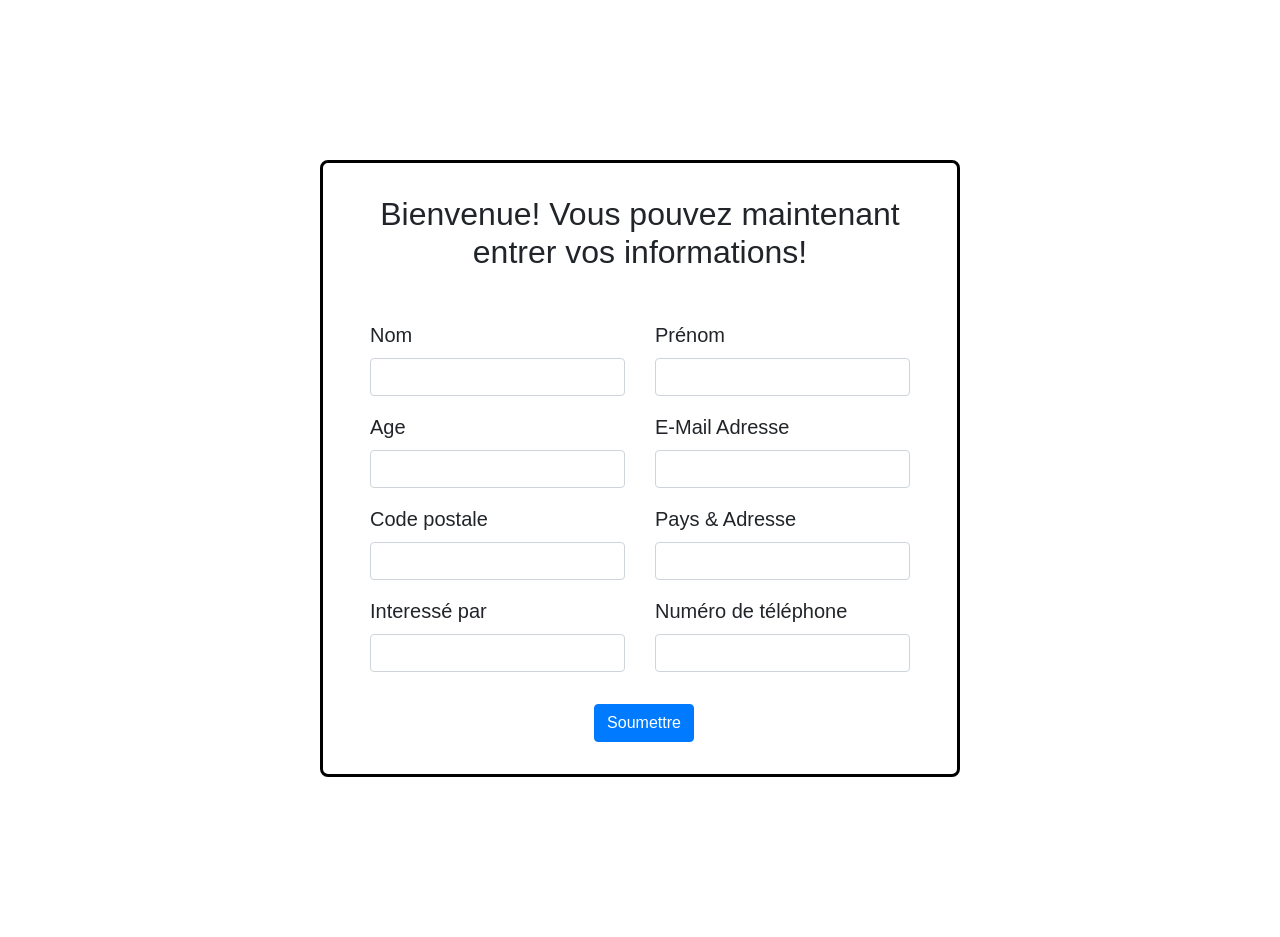
Repository: Aminox84/frontend-main
Page: /
The author's editor kept a copy of each file at every save. The page is drawn from the files as they stood at one save, then again after the next save.
The browser window is 1280 px wide. The pictures show the whole page.
The page's requests for data from a server got no answer. The project was rebuilt for these pictures with package versions that can differ from the ones it lists, and the page was loaded fresh each time. No one was signed in, and anything a server would have sent is missing.

Above is the page before, as saved 2022-12-30 14:36:30.

### public/index.html
<!DOCTYPE html>
<html lang="en">
  <head>
    <meta charset="utf-8" />
    <link rel="icon" href="%PUBLIC_URL%/favicon.ico" />
    <meta name="viewport" content="width=device-width, initial-scale=1" />
    <meta name="theme-color" content="#000000" />
    <meta
      name="description"
      content="Web site created using create-react-app"
    />
    <link rel="apple-touch-icon" href="%PUBLIC_URL%/logo192.png" />

    <link rel="manifest" href="%PUBLIC_URL%/manifest.json" />
    <link rel="stylesheet" href="https://cdn.jsdelivr.net/npm/bootstrap@4.4.1/dist/css/bootstrap.min.css" integrity="sha384-Vkoo8x4CGsO3+Hhxv8T/Q5PaXtkKtu6ug5TOeNV6gBiFeWPGFN9MuhOf23Q9Ifjh" crossorigin="anonymous">

    <title>React App</title>
  </head>
  <body>
    <noscript>You need to enable JavaScript to run this app.</noscript>
    <div id="root"></div>
    <script src="https://code.jquery.com/jquery-3.4.1.slim.min.js" integrity="sha384-J6qa4849blE2+poT4WnyKhv5vZF5SrPo0iEjwBvKU7imGFAV0wwj1yYfoRSJoZ+n" crossorigin="anonymous"></script>
    <script src="https://cdn.jsdelivr.net/npm/popper.js@1.16.0/dist/umd/popper.min.js" integrity="sha384-Q6E9RHvbIyZFJoft+2mJbHaEWldlvI9IOYy5n3zV9zzTtmI3UksdQRVvoxMfooAo" crossorigin="anonymous"></script>
    <script src="https://cdn.jsdelivr.net/npm/bootstrap@4.4.1/dist/js/bootstrap.min.js" integrity="sha384-wfSDF2E50Y2D1uUdj0O3uMBJnjuUD4Ih7YwaYd1iqfktj0Uod8GCExl3Og8ifwB6" crossorigin="anonymous"></script>
  </body>
</html>

### src/App.tsx
import React from 'react';
import UserForm  from './userForm';


function App() {



  return (
    <div style={{position:"relative",background:"white",border:"0.2rem solid  black",padding:"2rem",margin:" 10rem auto",borderRadius:".5rem",fontFamily:"Arial",width:"50%",}}>
      <form>
       <UserForm />

      </form>
    </div>
  );
}

export default App;

### src/userForm.tsx
import React,{useState,useEffect} from 'react'
import axios from 'axios'
import { convertTypeAcquisitionFromJson } from 'typescript'

const UserForm= ()=> {

const [data,setData]= useState([{

    "id": "1",
    "username": "miker",
    "createdAt": "2022-12-29T22:27:56.000Z",
    "authStrategy": null,
    "profile": {
        "id": 1,
        "firstname": "tawfi9",
        "lastname": "mtarga",
        "age": 69,
        "dob": "1967-12-29"
    }

    }])


 useEffect(()=>{
   axios.get('http://localhost:3000/users')
   .then(res=>{
    console.log(res.data)

  })
   .catch(err=> console.log(err))
 },[])



    const [addFormData,setAddFormData]= useState({


        "id": "",
        "username": "",
        "createdAt": "",
        "authStrategy": null,
        "profile": {
            "id": 0,
            "firstname": "",
            "lastname": "",
            "age": 0,
            "dob": ""
        }
      }

    )

    const handleFormChange=(event)=>{
        event.preventDefault();

        const fieldName=event.target.getAttribute('name');
        const fieldValue = event.target.value;

        const newFormData={...addFormData};
        newFormData[fieldName]=fieldValue;

        setAddFormData(newFormData);

    }

    const handleSubmitButton=(event)=>{
        event.preventDefault();

        const newContact={
            firstName:addFormData.firstName,
            lastName:addFormData.lastName,
            age:addFormData.age,
            email:addFormData.email,
            codePostale:addFormData.codePostale,
            interest:addFormData.interest,
            paysEtAdresse:addFormData.paysEtAdresse,
            phoneNumber:addFormData.phoneNumber
        }

        const newContacts=[...data,newContact]
        setData(newContacts);
    }

 const labelFontSize={fontSize:"20px"}

  return (
    <>
      <h2 style={{ textAlign: 'center' }}>
        Bienvenue! Vous pouvez maintenant entrer vos informations!
      </h2>
      <div className="container mt-5">
        <div className="row">
          <div className="col">
            <div className="form-group">
              <label
                style={labelFontSize}
                htmlFor="exampleInputPassword1"
              >
                Nom
              </label>
              <input
              onChange={handleFormChange}
                name="lastName"
                type="text"
                className="form-control"
                id="exampleInputPassword1"
              />
            </div>
          </div>
          <div className="col">
            <div className="form-group">
              <label
                style={labelFontSize}
                htmlFor="exampleInputPassword1"
              >
                Prénom
              </label>
              <input
              onChange={handleFormChange}
                name='firstName'
                type="text"
                className="form-control"
                id="exampleInputPassword1"
              />
            </div>
          </div>
        </div>
        <div className="row">
          <div className="col">
            <div className="form-group">
              <label
                style={labelFontSize}
                htmlFor="exampleInputPassword1"
              >
                Age
              </label>
              <input
              onChange={handleFormChange}
              name='age'
                type="text"
                className="form-control"
                id="exampleInputPassword1"
              />
            </div>
          </div>
          <div className="col">
            <div className="form-group">
              <label
                style={labelFontSize}
                htmlFor="exampleInputPassword1"
              >
                E-Mail Adresse
              </label>
              <input
              onChange={handleFormChange}
              name='email'
                type="text"
                className="form-control"
                id="exampleInputPassword1"
              />
            </div>
          </div>
        </div>
        <div className="row">
          <div className="col">
            <div className="form-group">
              <label
                style={labelFontSize}
                htmlFor="exampleInputPassword1"
              >
                Code postale
              </label>
              <input
              onChange={handleFormChange}
              name='codePostale'
                type="text"
                className="form-control"
                id="exampleInputPassword1"
              />
            </div>
          </div>
          <div className="col">
            <div className="form-group">
              <label
                style={labelFontSize}
                htmlFor="exampleInputPassword1"
              >
                Pays & Adresse
              </label>
              <input
              onChange={handleFormChange}
              name='paysEtAdresse'
                type="text"
                className="form-control"
                id="exampleInputPassword1"
              />
            </div>
          </div>
        </div>
        <div className="row">
          <div className="col">
            <div className="form-group">
              <label
                style={labelFontSize}
                htmlFor="exampleInputPassword1"
              >
                Interessé par
              </label>

              <input
              onChange={handleFormChange}
                type="text"
                className="form-control"
                id="exampleInputPassword1"
              />
            </div>
          </div>
          <div className="col">
            <div className="form-group">
              <label
                style={labelFontSize}
                htmlFor="exampleInputPassword1"
              >
                Numéro de téléphone
              </label>
              <input
              onChange={handleFormChange}
              name='phoneNumber'
                type="text"
                className="form-control"
                id="exampleInputPassword1"
              />
            </div>
          </div>
        </div>
        <div className='d-flex justify-content-center mt-3'>
       <button onClick={handleSubmitButton} type="button" className='btn btn-primary ml-2'>Soumettre</button>
       </div>


      </div>
    </>
  )
}
export default UserForm;

Loaded but not shown: src/index.tsx (common file)

After the next save:
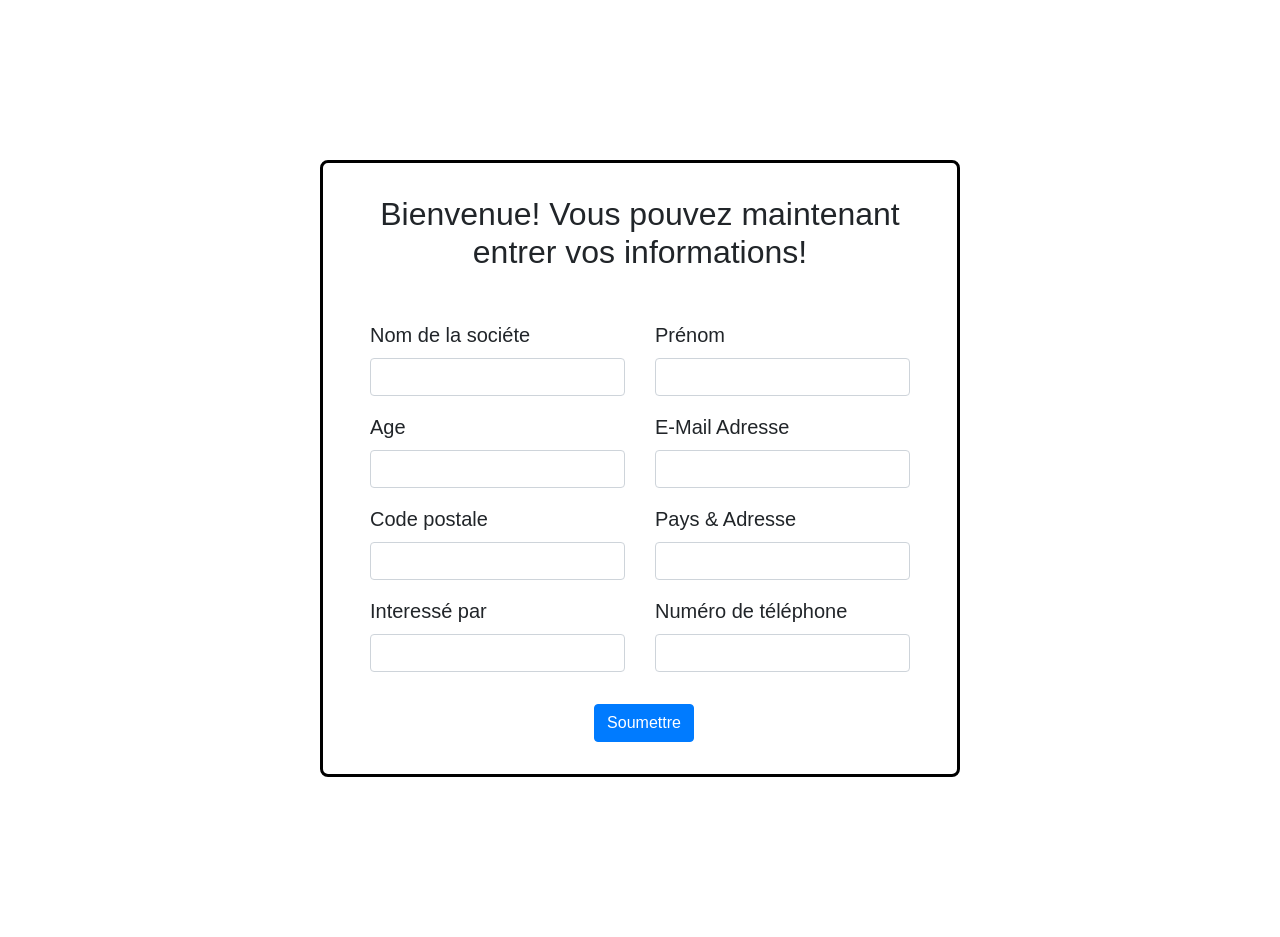
Saved 49 s later.
--- a/src/userForm.tsx
+++ b/src/userForm.tsx
@@ -96,7 +96,7 @@ const [data,setData]= useState([{
                 style={labelFontSize}
                 htmlFor="exampleInputPassword1"
               >
-                Nom
+                Nom de la sociéte
               </label>
               <input
               onChange={handleFormChange}
